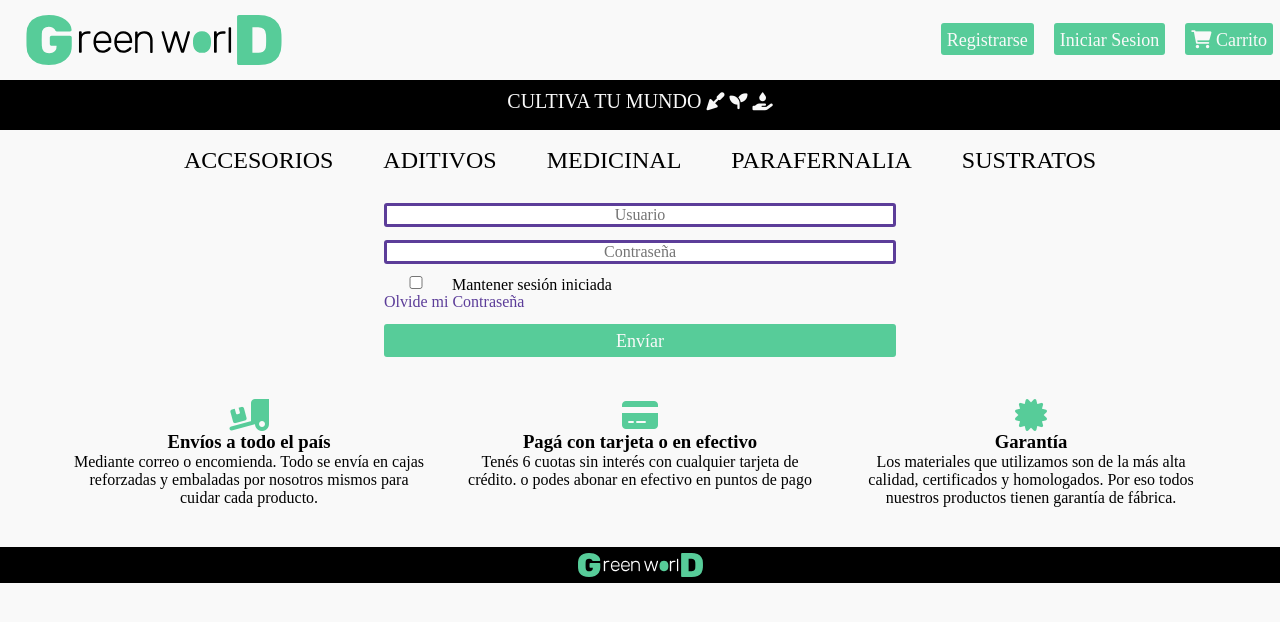
Repository: francoG98/grupo_9_Green_World
Page: source/views/login.html
An editor plug-in stored every save of this project. The page is shown before and after the next save, followed by the edit.
The browser window is 1280 px wide. The pictures show the whole page.
Some web fonts or font styles are not loaded; a fallback is used. Some web libraries are served in a nearby version.

Above is the page before, as saved 2022-06-24 23:27:05.

After the next save:
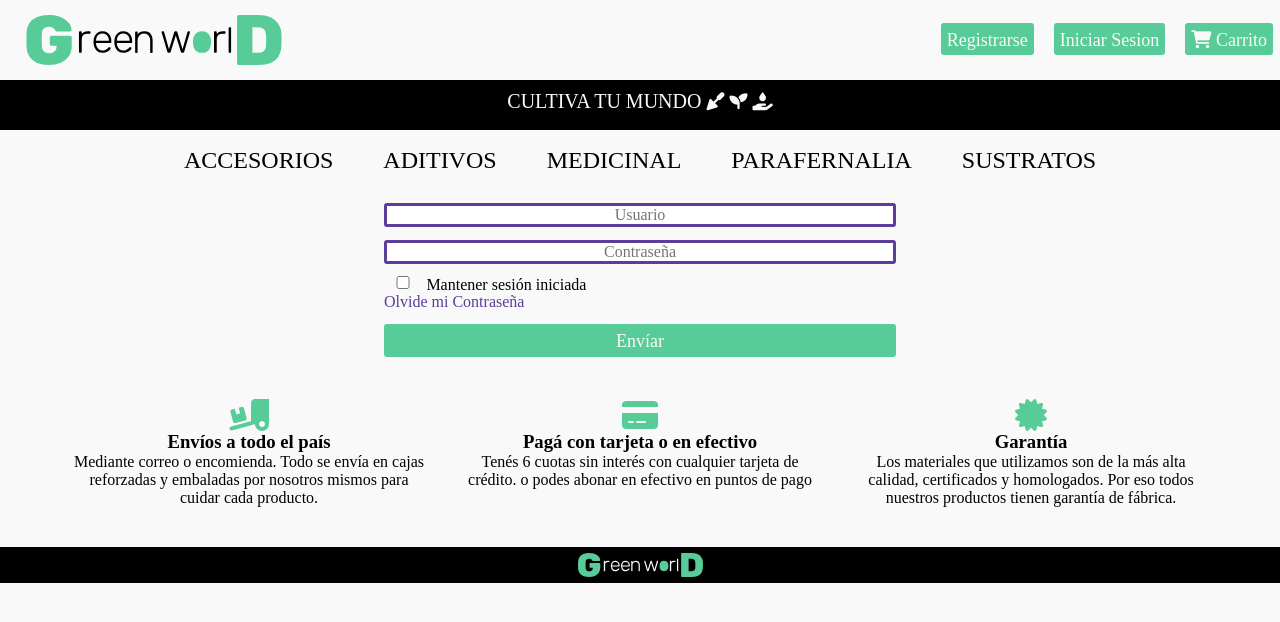
Saved 13 s later.
--- a/public/css/main-login.css
+++ b/public/css/main-login.css
@@ -49,7 +49,7 @@ input{
 }
 input[type="checkbox"]{
     color: #5c3d99;
-    Width: 5%;
+    Width: 3%;
     align-items: center;
 
 }
